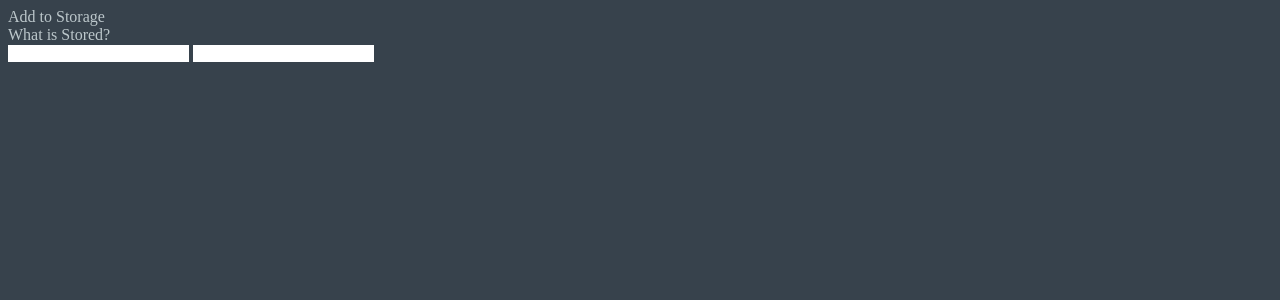
Repository: randy918/json-ajax-u-415
Page: index.html
An editor plug-in stored every save of this project. The page is shown before and after a run of saves, followed by the edit.
The browser window is 1280 px wide. The pictures show the whole page.

Above is the page before, as saved 2023-04-16 17:56:06.
Console error: ReferenceError: addToStorage is not defined

### index.html
<!DOCTYPE html>
<html lang="en">

    <head>
        <meta charset="UTF-8">
        <meta http-equiv="X-UA-Compatible" content="IE=edge">
        <meta name="viewport" content="width=device-width, initial-scale=1.0">
        <link rel="stylesheet" href="css/main.css" <script
            src="https://ajax.googleapis.com/ajax/libs/jquery/3.6.3/jquery.min.js" defer>

        <title>json 4-16-23-0858</title>
    </head>

    <body>
<div id="addButton">Add to Storage</div>
<div id="seeButton">What is Stored?</div>
<input type = "text" id = "firstName">
<input type = "text" id = "lastName">
        <div class="container">

        </div>
<br>

        <script src="js/myfunctions.js"></script>
        <script src="js/index.js"></script>

    </body>

</html>

<!-- ca1f26ba6eb2ba4fb641257b39d3bea7 -->

### css/main.css
* {
  box-sizing: border-box;
  border: none;
}

body {
  color: rgb(188, 199, 203);
  background: rgb(55, 66, 76);
}

#inputValue {
  width: 40vw;
  font-size: 2vw;
  outline: none;
}

#search {
  color: beige;
  background-color: rgb(43, 50, 56);
  outline: none;
  font-size: 2vw;
}/*# sourceMappingURL=main.css.map */

### js/myfunctions.js
//todo   function a(toAlert)
//todo   function c(toConsole)
//todo   function cr(toConsole)
//todo   function r(min, max)  Random integers, can be just 'max'
//todo   function getTime()--works! it is 72519.1414 format
//todo   function getCompleteDate()
//todo   function getMinute()
//todo   function getHour()
//todo   function getHour00()
//todo   function get24Hour()
//todo   function get24Hour00()
//todo   function getDay()
//todo   function getDay00()
//todo   function getMonth()
//todo   function getMonth00()
//todo   function getYear()
//todo   function getYear00()
//todo   function t()    eternal timestamp long number
//todo   function placeText(myIdClass, text)   unsure if it works?
//todo   function placeText2(myIdClass, text)   unsure if it works?
//todo   function getText(myIdClass)....brings whole line incl. tags
//todo   function getInnerText(myIdClass)
//todo   function getOuterText(myIdClass)
//todo   function addClass(myIdClass, newClass)
//todo   function removeClass(myIdClass, removeClass)
//todo   function changeBackgroundColor(myIdClass, color)
//todo   function changeTypeColor(myIdClass, color)
//todo   function changeTypeSize(myIdClass, size)
//todo   function addCSSText(myIdClass, text)

function a(toAlert) {
  alert(toAlert);
}

function c(toConsole) {
  console.log(toConsole);
}
function cw(toConsole) {
  console.warn(toConsole);
}
function ce(toConsole) {
  console.error(toConsole);
}

function cr(toConsole) {
  var styles = [
    // 'font-size: 30px',
    "color: red",
  ].join(";");
  console.log(`%c` + toConsole, styles);
}

function r(min, max) {
  // 2.0, accepts single value for 1-x
  if (max === undefined) {
    max = min;
    min = 1;
  }
  const randomNumber = min - 1 + Math.ceil(Math.random() * (max + 1 - min));
  return randomNumber;
}
// may not be a real function
function getTime() {
  var today = new Date();
  var codeMonth = today.getMonth() + 1;
  var codeDay = today.getDate();
  if (codeDay < 10) {
    codeDay = "0" + codeDay;
  }
  var codeMinute = today.getMinutes();
  var codeHour = today.getHours();
  if (codeMinute < 10) {
    codeMinute = "0" + codeMinute;
  }
  if (codeHour < 10) {
    codeHour = "0" + codeHour;
  }
  var codeYear = today.getFullYear() - 2000;
  var dateTime =
    codeMonth + "" + codeDay + "" + codeYear + "." + codeHour + "" + codeMinute;
  // document.getElementById(`timeStamp`).innerHTML = dateTime;
  t = setTimeout(function () {
    getTime();
  }, 30000);
  return dateTime;
}

function getCompleteDate() {
  const today = new Date();
  return today;
}

function getMinute() {
  const today = new Date();
  const codeMinute = today.getMinutes();
  if (codeMinute < 10) {
    codeMinute = "0" + codeMinute;
  }
  return codeMinute;
}

function getMinute00() {
  const today = new Date();
  let codeMinute = today.getMinutes();
  if (codeMinute < 10) {
    codeMinute = "0" + codeMinute;
  }
  return codeMinute;
}

function getHour() {
  const today = new Date();
  let codeHour = today.getHours();
  if (codeHour > 12) {
    codeHour = codeHour - 12;
  }
  return codeHour;
}

function getAmPm() {
  let amPm = "am";
  const today = new Date();
  let codeHour = today.getHours();
  if (codeHour > 12) {
    amPm = "pm";
  }
  return amPm;
}

function getHour00() {
  const today = new Date();
  const codeHour = today.getHours();
  if (codeHour > 12) {
    codeHour = codeHour - 12;
  }
  if (codeHour < 10) {
    codeHour = "0" + codeHour;
  }
  return codeHour;
}

function get24Hour() {
  const today = new Date();
  const codeHour = today.getHours();
  return codeHour;
}

function get24Hour00() {
  const today = new Date();
  const codeHour = today.getHours();
  if (codeHour < 10) {
    codeHour = "0" + codeHour;
  }
  return codeHour;
}

function getDayVerbal() {
  const today = new Date();
  const codeDay = today.getDay() + 1;
  return theDay[codeDay];
}

function getDay00() {
  const today = new Date();
  const codeDay = today.getDate();
  if (codeDay < 10) {
    codeDay = "0" + codeDay;
  }
  return codeDay;
}

function getDay() {
  const today = new Date();
  const codeDay = today.getDate();
  return codeDay;
}

function getMonthVerbal() {
  const today = new Date();
  const codeMonth = today.getMonth() + 1;
  return theMonth[codeMonth];
}

function getMonth00() {
  const today = new Date();
  const codeMonth = today.getMonth() + 1;
  if (codeMonth < 10) {
    codeMonth = "0" + codeMonth;
  }
  return codeMonth;
}

function getMonth() {
  const today = new Date();
  const codeMonth = today.getMonth() + 1;
  return codeMonth;
}

function getYear00() {
  const today = new Date();
  const codeYear = today.getYear() - 100;
  if (codeYear < 10) {
    codeMYear = "0" + codeYear;
  }
  return codeYear;
}

function getYear() {
  const today = new Date();
  const codeYear = today.getYear() + 1900;
  return codeYear;
}

function t() {
  const now = new Date();
  eventTimestamp = now.getTime();
  // c(eventTimestamp);
  return eventTimestamp;
}
//    !  72419.1659 DOM MANIPULATION
//!
//!  placeText   element name, and text to put there--runs loosely?

function placeText(myIdClass, text) {
  const myElement = document.querySelector(myIdClass);
  myElement.innerText = text;
}
//    the function is longer than the original
// $(myIdClass).text(text)   <---works
function placeText2(myIdClass, text) {
  $(myIdClass).text(text);
}
function getText(myIdClass) {
  return document.querySelector(myIdClass);
}

function getInnerText(myIdClass) {
  return document.querySelector(myIdClass).innerHTML;
}

function getOuterText(myIdClass) {
  return document.querySelector(myIdClass).outerHTML;
}

function addClass(myIdClass, newClass) {
  document.querySelector(myIdClass).classList.add(newClass);
}

function removeClass(myIdClass, removeClass) {
  document.querySelector(myIdClass).classList.remove(removeClass);
}
// not sure what this one is for now
function containsClass(myIdClass, containsClass) {
  document.querySelector(myIdClass).classList.contains(containsClass);
}
// above, can switch and toggle  also  mmtuts YOUTUBE 29-31 USING JAVASCRIPT
function changeBackgroundColor(myId, color) {
  document.getElementById(myId).style.background = color;

  // document.querySelector(myIdClass).style.backgroundColor = color;
}

function changeTypeColor(myIdClass, color) {
  document.querySelector(myIdClass).style.color = color;
}

function changeTypeSize(myIdClass, size) {
  document.querySelector(myIdClass).style.fontSize = size;
}

function addCSSText(myIdClass, text) {
  document.querySelector(myIdClass).style.cssText = text;
}

//!  72519.1714    Common Basic VARIABLE ARRAYS
var theDay = new Array(
  "Zero",
  "Sunday",
  "Monday",
  "Tuesday",
  "Wednesday",
  "Thursday",
  "Friday",
  "Saturday"
);
var theDayMin3 = new Array(
  "Zero",
  "Sun.",
  "Mon.",
  "Tues.",
  "Wed.",
  "Thurs.",
  "Fri.",
  "Sat."
);
var theDayMin2 = new Array("Zero", "S", "M", "Tu", "W", "Th", "F", "S");
var theDayMin1 = new Array("Zero", "S", "M", "T", "W", "T", "F", "S");
var theMonth = new Array(
  "Zero",
  "January",
  "February",
  "March",
  "April",
  "May",
  "June",
  "July",
  "August",
  "September",
  "October",
  "November",
  "December"
);
var theMonthMin = new Array(
  "Zero",
  "Jan.",
  "Feb.",
  "Mar.",
  "Apr.",
  "May",
  "June",
  "July",
  "Aug.",
  "Sept.",
  "Oct.",
  "Nov.",
  "Dec."
);

function showDateTimeFormat() {
  const today = new Date();
  const formattedDate = new Intl.DateTimeFormat("en-US").format(today);
  const consoleFunctioningMessage = `
Console functioning: ${getDayVerbal()}, ${getMonthVerbal()} ${getDay()} at ${getHour()}:${getMinute00()}${getAmPm()}
  `;
  return consoleFunctioningMessage;
}
showDateTimeFormat();

console.log(`%c${showDateTimeFormat()}`, "font-size: 20px; color: gray");

//console.log("%cThis is a default font style", "color: blue; font-size: 20px");

### js/index.js
//!  121822.0830        VARIABLES

//!  121822.0826        FUNCTIONS

const init = function () {
	main();
};

window.onload = function () {
	init();
};

//!  123122.1839        MAIN

const main = function () {

	//!  10123.1609  variables

	const myJson = {
		name: "Randy",
		age: "64",
		hobby: "coding",
	};
    const myJsonStringified = JSON.stringify(myJson);
    const myJsonParsed = JSON.parse(myJsonStringified);


	//!  10123.1609 Event Listeners

	document
		.getElementById("addButton")
		.addEventListener("click", addToStorage);
	document
		.getElementById("seeButton")
		.addEventListener("click", viewStorage);

	//!  10123.1609 functions

	function addToLocalStorage(str) {
		const tempValue = document.getElementById("firstName").value;
        localStorage.setItem('tester', tempValue)
        c('clicked '+tempValue);
	}

	function receiveFromLocalStorage() {
        const tempHolder = localStorage.getItem('tester');
        c(tempHolder);
	}

    function stringifyToLocalStorage(str) {
return


    }

	//!  10123.161 0  MAIN
};
//!  123122.1839  END

After the next 5 saves:
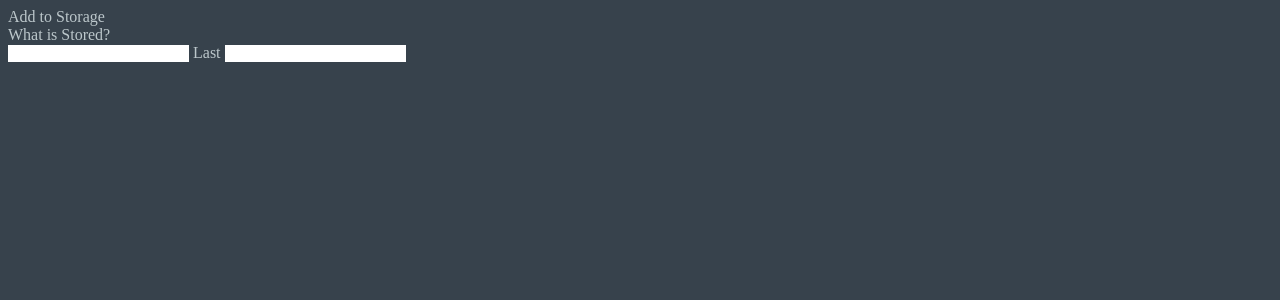
The 5 saves are shown as one change because they came seconds apart.
The last was saved 20 s later.
--- a/index.html
+++ b/index.html
@@ -15,7 +15,7 @@
 <div id="addButton">Add to Storage</div>
 <div id="seeButton">What is Stored?</div>
 <input type = "text" id = "firstName">
-<input type = "text" id = "lastName">
+Last <input type = "text" id = "lastName">
         <div class="container">
 
         </div>
